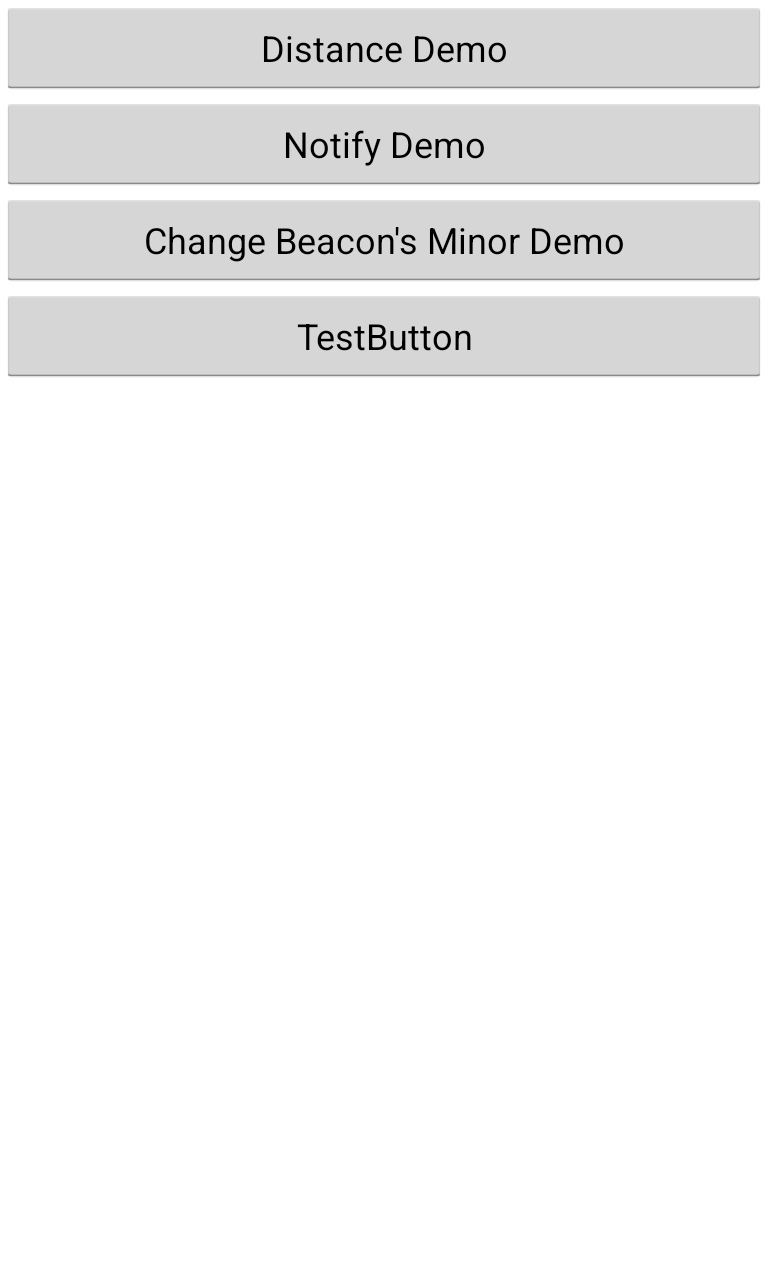
Repository: bregord/CloudOfHolding
Layout: CloudOfHolding/res/layout/all_demos.xml
These files come from the project's save history. The layout is drawn as it stood at one moment and after the next save; the edit follows.
It is drawn on a 768 x 1280 px phone screen (xhdpi) without system bars, with theme android:Theme.Holo.Light; the app's code is not run.

Above is the layout before, as saved 2014-09-20 21:12:36.

### CloudOfHolding/res/layout/all_demos.xml
<?xml version="1.0" encoding="utf-8"?>

<LinearLayout xmlns:android="http://schemas.android.com/apk/res/android"
              android:orientation="vertical"
              android:layout_width="match_parent"
              android:layout_height="match_parent">

  <Button
      android:id="@+id/distance_demo_button"
      android:layout_width="match_parent"
      android:layout_height="wrap_content"
      android:text="Distance Demo"/>

  <Button
      android:id="@+id/notify_demo_button"
      android:layout_width="match_parent"
      android:layout_height="wrap_content"
      android:text="Notify Demo"/>

  <Button
      android:id="@+id/characteristics_demo_button"
      android:layout_width="match_parent"
      android:layout_height="wrap_content"
      android:text="Change Beacon's Minor Demo"/>

  <Button
      android:id="@+id/test_demo_button"
      android:layout_width="match_parent"
      android:layout_height="wrap_content"
      android:text="TestButton"/>


</LinearLayout>

After the next save:
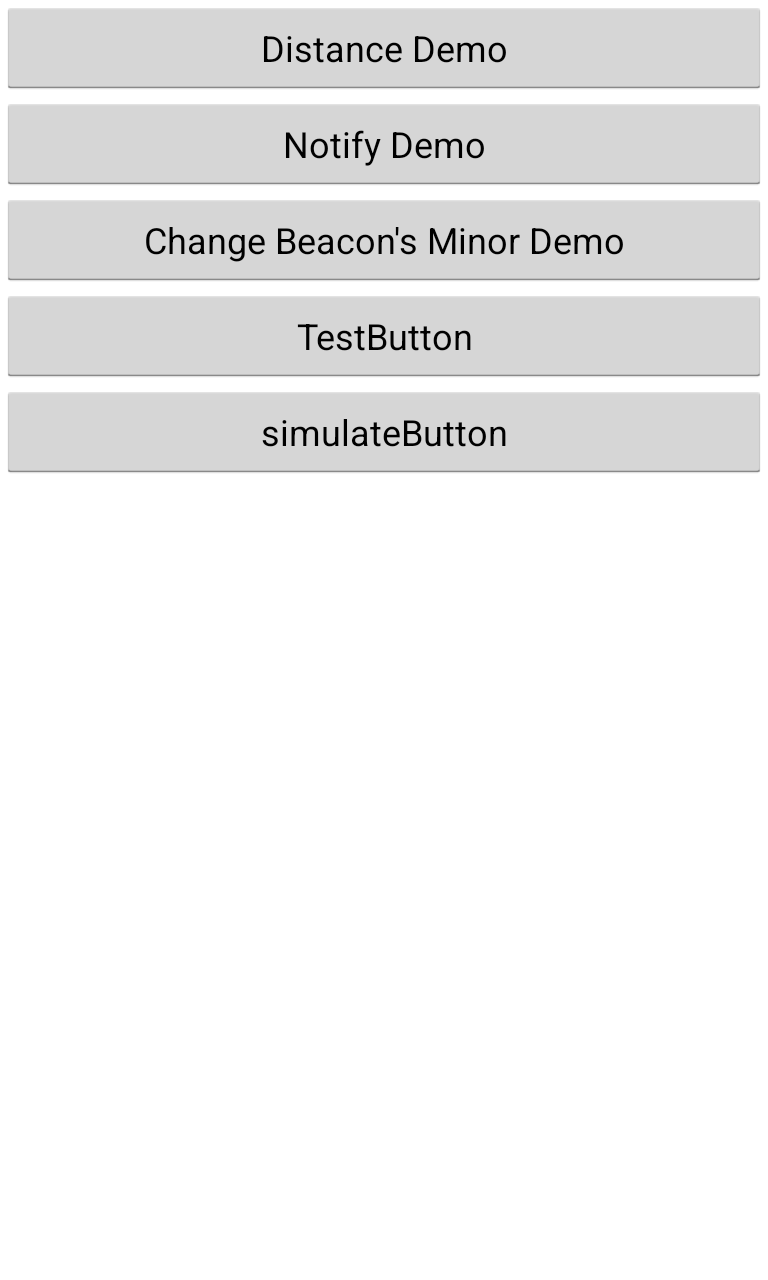
Saved 7 min 31 s later.
--- a/CloudOfHolding/res/layout/all_demos.xml
+++ b/CloudOfHolding/res/layout/all_demos.xml
@@ -30,4 +30,12 @@
       android:text="TestButton"/>
 
 
+   <Button
+      android:id="@+id/simulateButton"
+      android:layout_width="match_parent"
+      android:layout_height="wrap_content"
+      android:text="simulateButton"
+      android:onClick="dialogFragmentStarter"/>
+
+
 </LinearLayout>
